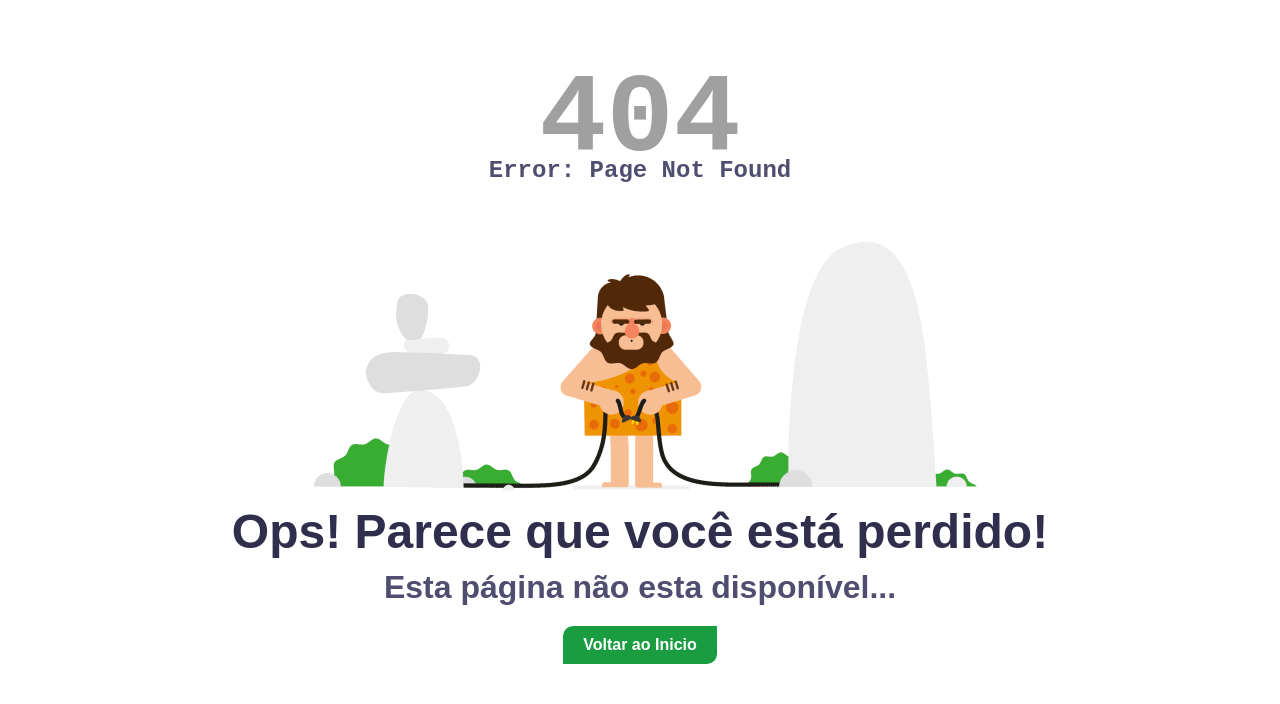
Repository: Lorsuz/gresasco
Page: components/pages/not-found.html
These files come from the project's save history. The page is drawn as it stood at one moment and after the next save; the edit follows.
The browser window is 1280 px wide. The pictures show the whole page.
Some web fonts or font styles are not loaded; a fallback is used. The style sheet was rebuilt from its Sass, Less or Tailwind sources for each picture, by a compiler version that may differ from the author's.

Above is the page before, as saved 2023-11-07 09:54:07.

### components/pages/not-found.html
<!DOCTYPE html>
<html lang="en">
<head>
	<meta charset="UTF-8">
	<meta name="viewport" content="width=device-width, initial-scale=1.0">
	<title>Document</title>
<link rel="stylesheet" href="../css/partials/global.css">
<link rel="stylesheet" href="../css/not-found.css">
</head>
<body>
	<div class="frem">
		<h1>404</h1>
		<h2>Ops! Parece que você está perdido!</h2>
		<h3>Esta página não esta disponível...</h3>
		<a href="/">Voltar ao Inicio</a>
	</div>
</body>
</html>

### components/sass/partials/global.scss
@import url("https://fonts.googleapis.com/css2?family=Clicker+Script&display=swap");
@import url('https://fonts.googleapis.com/css2?family=Poppins:ital,wght@0,100;0,200;0,300;0,400;0,500;0,600;0,700;0,800;0,900;1,100;1,200;1,300;1,400;1,500;1,600;1,700;1,800;1,900&display=swap');

@font-face {
	font-family: wedding;
	src: url("/components/assets/fonts/Wedding\ Text\ Std\ Regular.otf");
}

@font-face {
	font-family: Poppins;
	src: url("https://fonts.googleapis.com/css2?family=Poppins:ital,wght@0,100;0,200;0,300;0,400;0,500;0,600;0,700;0,800;0,900;1,100;1,200;1,300;1,400;1,500;1,600;1,700;1,800;1,900&display=swap");
}

// @import "./animations/@keyframes.css";

:root {

	--color-primary: #008025;
	--color-black: #000000;
	--color-white: #ffffff;
	--color-gray: #a0a0a0;
	--color-text: #302e4d;

	--color-primary-soft: #1a9d40;
	--color-black-soft: #252525;
	--color-white-soft: #f2f2fc;
	--color-gray-soft: #e8dfec;
	--color-text-soft: #504e70;
}

button {
	cursor: pointer;

	* {
		cursor: pointer;
	}

	i {
		color: var(--color-primary);
		font-size: 25px;
		transition: transform 500ms ease-in-out;
	}
}

* {
	margin: 0;
	padding: 0;
	outline: none;
	border: none;
	text-decoration: none;
	box-sizing: border-box;
	list-style: none;
	font-family: "Poppins", sans-serif;
	font-family: Arial, Helvetica, sans-serif;
	transition: 300ms ease-in-out;
	// outline: 1px dotted var(--color-black-soft);
	color: var(--color-black-soft);
	background: transparent;
}

body {
	width: 100vw;
	overflow-x: hidden;

	&::-webkit-scrollbar {
		width: 5px;
	}

	&::-webkit-scrollbar-track {
		background: var(--background-middle);
	}

	&::-webkit-scrollbar-thumb {
		background: var(--color-primary);
		border-radius: 10px;
	}
}

main {
	min-height: 100vh;

}

.wrapper {
	display: grid;
	grid-template-columns: repeat(12, 1fr);

	.wrapper__container {
		grid-column: 2 / 12;
	}
}

.custom-button {
	display: inline-block;
	padding: 10px 50px;
	background: var(--color-primary-soft);
	color: var(--color-white);
	font-weight: bold;
	border-radius: 10px 0;
	font-size: 1.1rem;

	&:hover {
		background: var(--color-primary);
		border-radius: 0px 10px;
	}
}

### components/sass/not-found.scss
* {
	text-align: center;
}

.frem {
	display: flex;
	align-items: center;
	justify-content: center;
	flex-direction: column;
	min-height: 100vh;
	background-image: url("../assets/gifs/funny-404-error-page-design.gif");
	background-repeat: no-repeat;
	background-position: center 50%;

	h1 {
		color: var(--color-gray);
		font-size: 7rem;
		margin-bottom: 320px;
		font-family: 'Courier New', Courier, monospace;
		position: relative;
		display: flex;
		justify-content: center;
		align-items: center;

		&::after {
			content: "Error: Page Not Found";
			width: 150%;
			bottom: 0;
			position: absolute;
			text-align: center;
			display: block;
			color: var(--color-text-soft);
			font-size: 1.5rem;
		}
	}

	h2 {
		color: var(--color-text);
		font-size: min(3rem, 5vw);
		margin-bottom: 10px;
	}

	h3 {
		color: var(--color-text-soft);
		font-size: min(2rem, 4vw);
		margin-bottom: 20px;
	}

	a {
		display: block;
		background: var(--color-primary-soft);
		padding: 10px 20px;
		color: var(--color-white);
		font-weight: bold;
		border-radius: 10px 0px;

		&:hover {
			border-radius: 0px 10px;

		}
	}
}

After the next save:
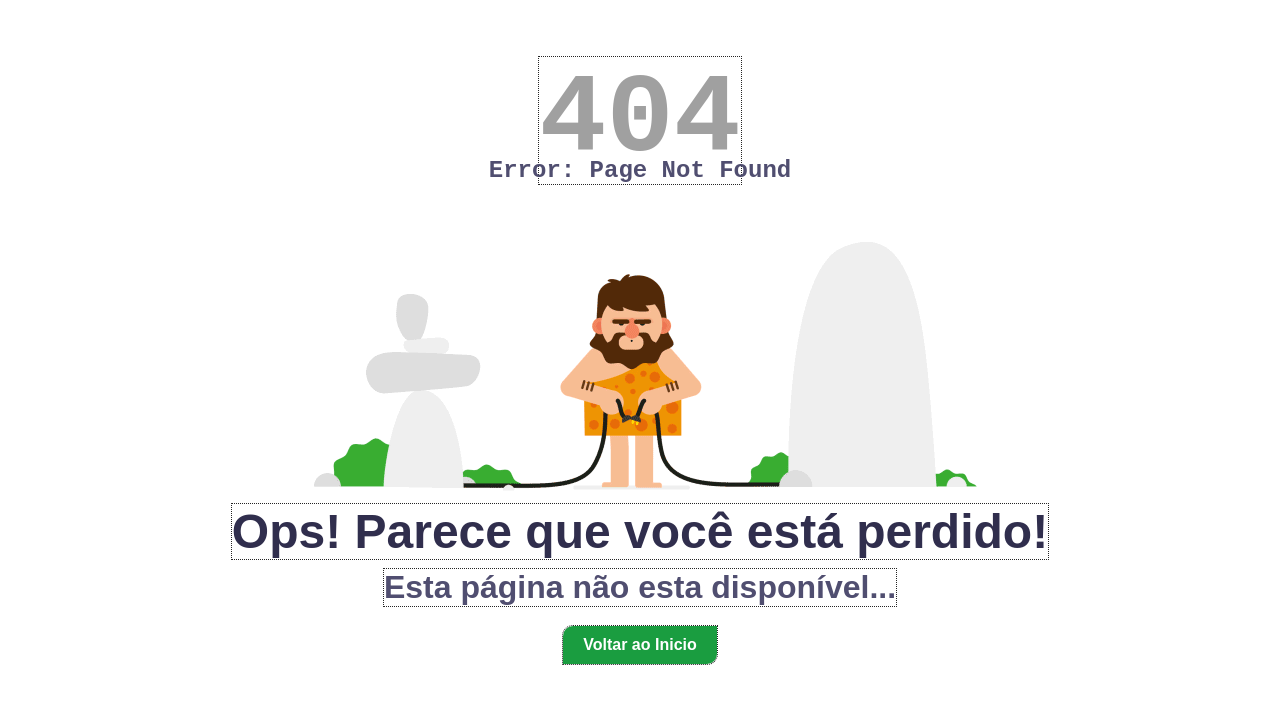
Saved 117 s later.
--- a/components/sass/partials/global.scss
+++ b/components/sass/partials/global.scss
@@ -53,7 +53,7 @@
 	font-family: "Poppins", sans-serif;
 	font-family: Arial, Helvetica, sans-serif;
 	transition: 300ms ease-in-out;
-	// outline: 1px dotted var(--color-black-soft);
+	outline: 1px dotted var(--color-black-soft);
 	color: var(--color-black-soft);
 	background: transparent;
 }
